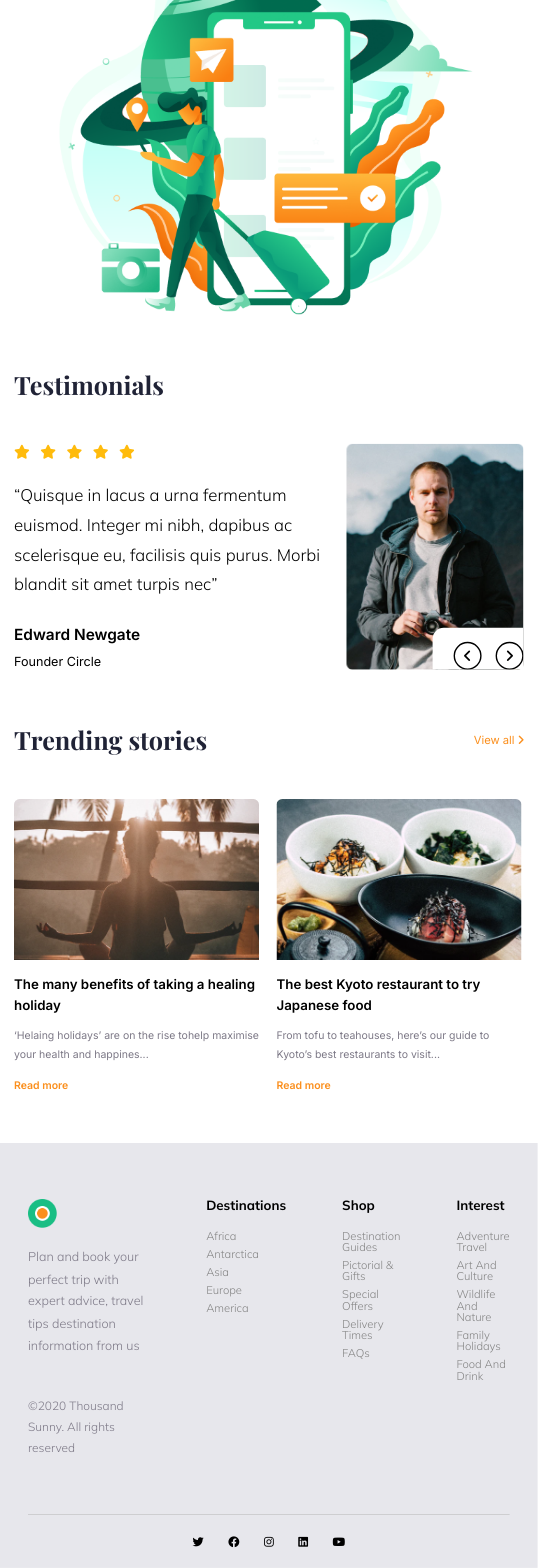
Repository: tranvinhluan/Explore---Travel
Page: index.html
These files come from the project's save history. The page is drawn as it stood at one moment and after the next save; the edit follows.
The browser window is 768 px wide. The pictures show the part of the page from y = 3157 to 5397 px (the page is 5397 px tall before and 5336 px after), at 70% of full size.
The style sheet was rebuilt from its Sass, Less or Tailwind sources for each picture, by a compiler version that may differ from the author's.

Above is the page before, as saved 2022-01-21 09:28:08.

After the next save:
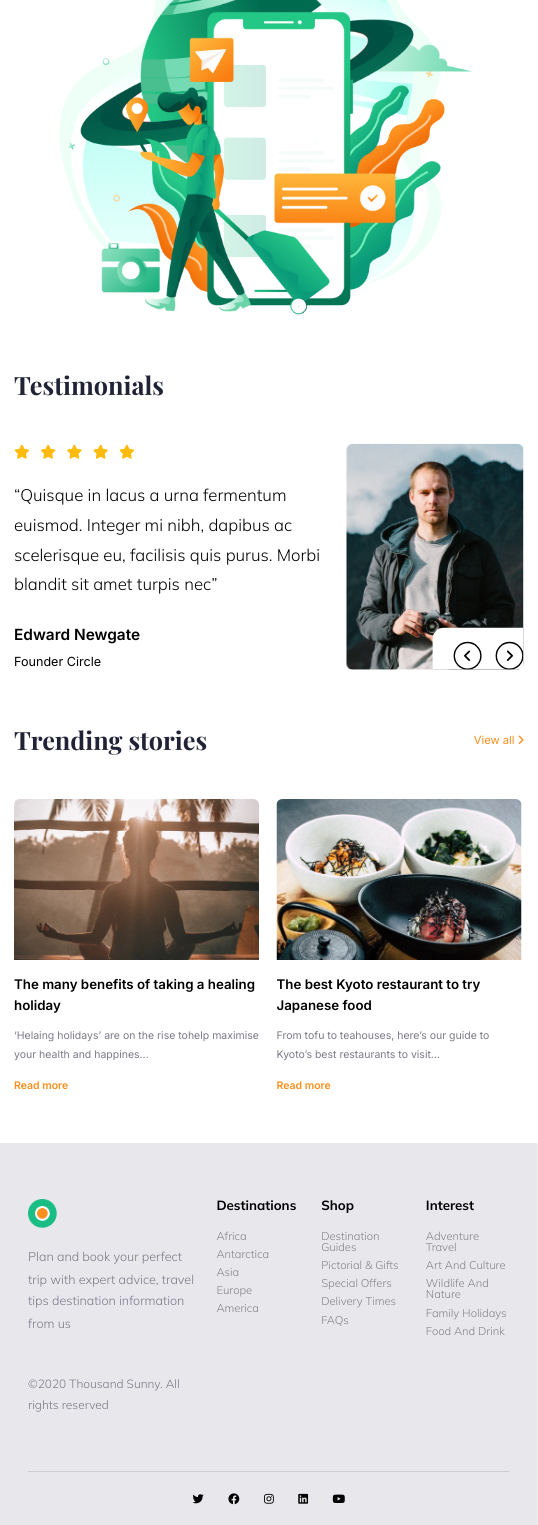
Saved 5 s later.
--- a/sass/_footer.scss
+++ b/sass/_footer.scss
@@ -48,6 +48,12 @@
 
     }
     @media screen and (max-width: 1023px) {
-
+      &-top {
+        display: grid;
+        grid-template-columns: 2fr repeat(3, 1fr);
+        grid-gap: 30px 30px;
+        padding-bottom: 80px;
+        border-bottom: 1px solid #c4c4c4;
+      }
     }
 }
